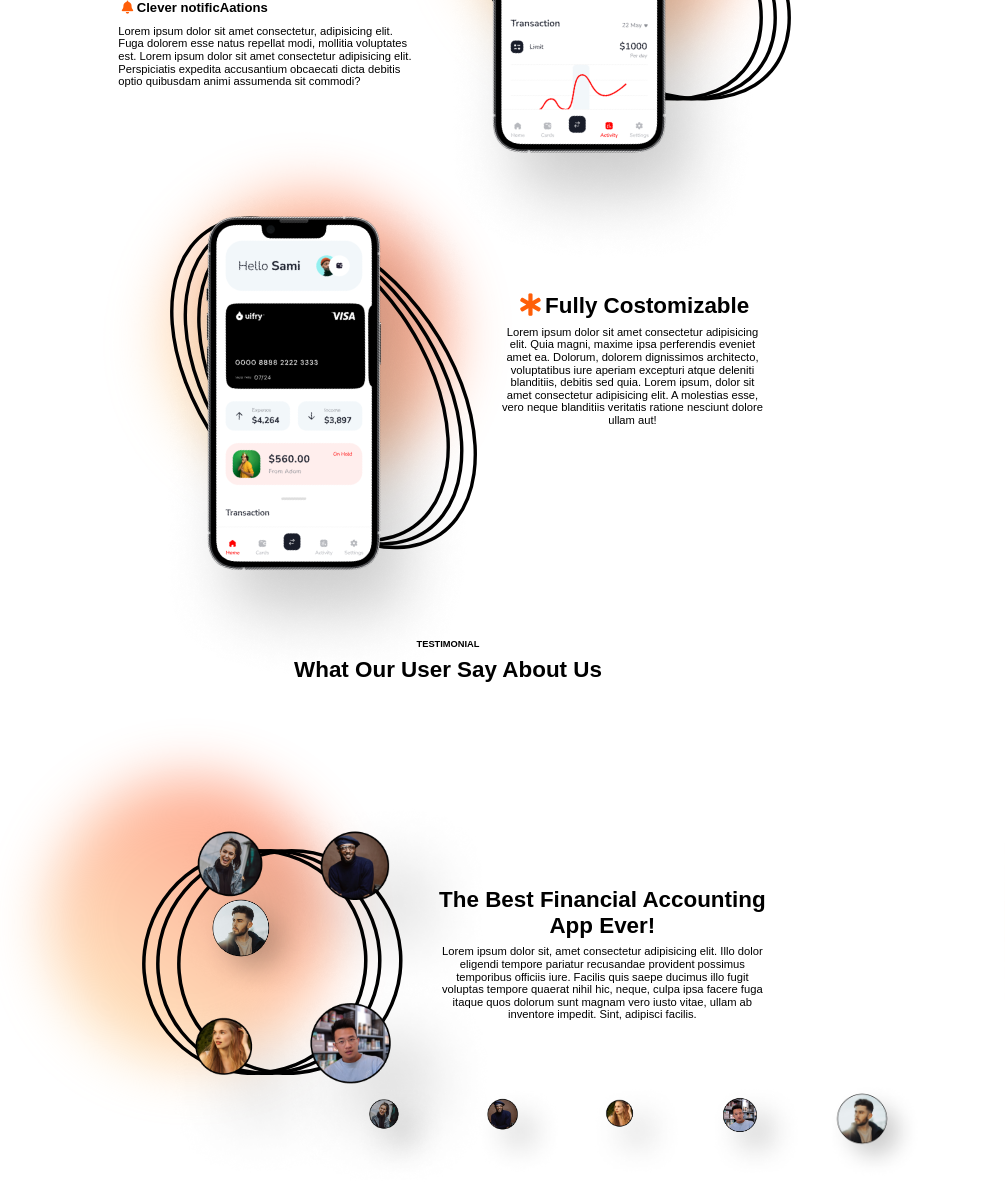
Repository: sakshambansal7/Uifry
Page: index.html
An editor plug-in stored every save of this project. The page is shown before and after the next save, followed by the edit.
The browser window is 1280 px wide. The page is 1435 px wide, so the pictures cover 1435 px, including what lies to the right of the window. The pictures show the part of the page from y = 1714 to 3434 px (the page is 3434 px tall), at 70% of full size.
Some web libraries are served in a nearby version.

Above is the page before, as saved 2024-06-12 22:47:44.

### index.html
<!DOCTYPE html>
<html lang="en">
  <head>
    <meta charset="UTF-8" />
    <meta name="viewport" content="width=device-width, initial-scale=1.0" />
    <title>uifry.com</title>
    <link rel="stylesheet" href="style.css" />
    <link rel="stylesheet" href="https://cdnjs.cloudflare.com/ajax/libs/font-awesome/6.1.1/css/all.min.css">

  </head>
  <body>
    <nav class="navbar">
      <div>
        <img class="logo" src="./images/logo.png" alt="img" />
      </div>
      <div class="nav">
        <div><a href="#" class="nav__link active">Home </a></div>
        <div><a href="#" class="nav__link">About Us</a></div>
        <div><a href="#" class="nav__link">Pricing</a></div>
        <div><a href="#" class="nav__link">features</a></div>
      </div>
      <div class="download">
        <button class="button">Download</button>
      </div>
    </nav>
    <div class="part1 ">
      <div class="left">
        <div class="bg-shape1"></div>
        <h1>Make The Best Financial Decisions</h1>
        <div class="bg-shape1 position-1"></div> <!-- Duplicate for top and bottom -->
        <p>Lorem ipsum dolor sit amet consectetur, adipisicing elit. Fuga dolorem esse natus repellat modi, mollitia voluptates est.</p>
        <div class="cta-buttons">
          <button class="get-started-btn">Get Started <i class="fa-solid fa-arrow-right"></i></button>
          <button class="watch-video-btn"> <i class="fa-solid fa-circle-play"></i>Watch Video</button>
        </div>
      </div>

      <div class="right">
        <div class="bg-shape2"></div>
        <div class="elipse-common elipse"></div>
        <div class="elipse-common elipse1"></div>
        <div class="elipse-common elipse2"></div>

        <img class="image1" src="./images/iphone.png" alt="Mobile App Mockup" />
        <img class="image2" src="./images/igraph.png" alt="Mobile App Mockup" />
        <img class="image3" src="./images/iphone.png" alt="Mobile App Mockup" />
      </div>

    </div>
    <div class="part2">
      <div class="left">
        <div class="bg-shape2"></div>
        <div class="elipse-common elipse3"></div>
        <div class="elipse-common elipse4"></div>
        <div class="elipse-common elipse5"></div>

        <img class="image1" src="./images/iphone.png" alt="Mobile App Mockup" />

      </div>
      <div class="right">
        <h4>FEATURES</h4>
        <H1>Uifry Premium</H1>
        <h3><i class="fa-regular fa-star custom-color"></i> Budgeting intervals</h3>
        <p>Lorem ipsum dolor sit amet consectetur, adipisicing elit. Fuga dolorem esse natus repellat modi, mollitia voluptates est.</p>
        <h3> <i class="fa-solid fa-gear custom-color"></i> Budgeting intervals</h3>
        <p>Lorem ipsum dolor sit amet consectetur, adipisicing elit. Fuga dolorem esse natus repellat modi, mollitia voluptates est.</p>
        <h3><i class="fa-solid fa-star-of-life custom-color"></i>Budgeting intervals</h3>
        <p>Lorem ipsum dolor sit amet consectetur, adipisicing elit. Fuga dolorem esse natus repellat modi, mollitia voluptates est.</p>

      </div>
    </div>
    <div class="part3">
      <div class="left">
        <h4>ADVANTAGES</h4>
        <H1> Why Choose Uifry ?</H1>
        <h3><i class="fa-solid fa-bell custom-color"></i>Clever notificAations</h3>
        <p>Lorem ipsum dolor sit amet consectetur, adipisicing elit. Fuga dolorem esse natus repellat modi, mollitia voluptates est. Lorem ipsum dolor sit amet consectetur adipisicing elit. Perspiciatis expedita accusantium obcaecati dicta debitis optio quibusdam animi assumenda sit commodi?</p>

      </div>
      <div class="right">
        <div class="bg-shape2"></div>
        <div class="elipse-common elipse3"></div>
        <div class="elipse-common elipse4"></div>
        <div class="elipse-common elipse5"></div>
        <img src="./images/igraph.png" alt="img">
      </div>
    </div>
    <div class="part4">
      <div class="left">
        <div class="bg-shape2"></div>
        <div class="elipse-common elipse3"></div>
        <div class="elipse-common elipse4"></div>
        <div class="elipse-common elipse5"></div>
        <img src="./images/iphone.png" alt="img">
      </div>
      <div class="right">
        <h1><i class="fa-solid fa-star-of-life custom-color "></i>Fully Costomizable</h1>
        <p>Lorem ipsum dolor sit amet consectetur adipisicing elit. Quia magni, maxime ipsa perferendis eveniet amet ea. Dolorum, dolorem dignissimos architecto, voluptatibus iure aperiam excepturi atque deleniti blanditiis, debitis sed quia. Lorem ipsum, dolor sit amet consectetur adipisicing elit. A molestias esse, vero neque blanditiis veritatis ratione nesciunt dolore ullam aut!</p>
      </div>
    </div>
    <div class="parent-container">
      <h5>TESTIMONIAL</h5>
      <h1>What Our User Say About Us</h1>
  </div>

    <div class="part5">
      <div class="left">
        <div class="bg-shape2"></div>
        <div class="elipse-common elipse6"></div>
        <div class="elipse-common elipse7"></div>
        <div class="elipse-common elipse8"></div>

        <div class="img1 "><img src="./images/1.png" alt="img"></div>
        <div class="img2 "><img src="./images/2.png" alt="img"></div>
        <div class="img3 "><img src="./images/3.png" alt="img"></div>
        <div class="img4 "><img src="./images/4.png" alt="img"></div>
        <div class="main "><img src="./images/main.png" alt="img"></div>

      </div>
      <div class="right">
        <h1>The Best Financial Accounting App Ever!</h1>
        <p>Lorem ipsum dolor sit, amet consectetur adipisicing elit. Illo dolor eligendi tempore pariatur recusandae provident possimus temporibus officiis iure. Facilis quis saepe ducimus illo fugit voluptas tempore quaerat nihil hic, neque, culpa ipsa facere fuga itaque quos dolorum sunt magnam vero iusto vitae, ullam ab inventore impedit. Sint, adipisci facilis.</p>

        <div class="images">
          <img src="./images/1.png" alt="img">
          <img src="./images/2.png" alt="img">
          <img src="./images/3.png" alt="img">
          <img src="./images/4.png" alt="img">
          <img src="./images/main.png" alt="img">
        </div>
      </div>




    </div>
  </body>
  <script src="script.js"></script>
</html>

### style.css

*{
    margin: 0px;
    padding: 5px;

}
body {
  margin-left: 20vh;
  margin-right: 20vh;
  font-family: Arial, sans-serif;
  background: #fff;
  color: #000000;
  justify-content: center;
  box-sizing: border-box;
}

  /* navbar */
.logo {
  width: 120px;
}


.navbar{
  display: flex;
  justify-content: flex-start;

}
.nav{
  padding-top: 10px;
  display: flex;
  justify-content: center;

}
nav  {
  display: inline;
}

nav a {
  text-decoration: none;
  color: #333;
  font-weight: bold;
}


.button {
  width: 160px;
  height: 40px;
  border-radius: 3px;
  background-color: #000000;
  color: #fff;
  padding: 10px 20px;
  cursor: pointer;
  border: none;
  font-weight: bold;
  margin-left: 40vh;
}
.download{

  padding-top: 10px;
}


.nav__link {
    display: block;
    padding: .3125rem 1.5rem;
    text-transform: uppercase;
  }

  .nav__link.active  {

    color: #FF5E08;
  }

  /* part-1 */

  .part1 {
    height: 85vh;
    display: inline-flex;
        justify-content: space-between;
        top: 50px !important;
        inset: 0;


    padding: 60px 40px;
}

/* .absolute{
  position: absolute;
  inset: 0;
  justify-content: center;
  display: inline-flex;
  flex-direction: row;
} */
.left {
  max-width: 50%;
}

.part1 h1 {
  font-size: 3em;
  margin: 0 0 20px;
}

.part1 p {
  font-size: 1.2em;
  margin: 0 0 40px;
}

.cta-buttons {
  display: flex;
  gap: 20px;
}

.get-started-btn,
.watch-video-btn {
  background: #000;
  color: #fff;
  padding: 15px 30px;
  border: none;
  cursor: pointer;
  font-size: 1em;
  font-weight: bold;
}

.watch-video-btn {
  color: #000000;

  background: transparent;
}

.right {
  max-width: 50%;
  position: relative; /* Add position relative to use as a reference for absolute positioning */
}

.right .image1{

  position: absolute;
  z-index: 3;
  width: 100%;
  padding-left: 0px;



}
.right .image2 {
  position: absolute;
  padding-top: 50px;
  padding-left: 100px;


  z-index: 2;
  max-width: 100%;
}
.right .image3 {


  padding-top: 100px;
  padding-left: 200px;
  z-index: 1;
  max-width: 100%;
}
/* background-effect */


.justify-center{
  justify-content: center;
}

/* background-effect */
.left {
  max-width: 50%;
  position: relative; /* Add this line */
}

.bg-shape1 {
  width: 400px;
  height: 400px;
  border-radius: 9999px;
  position: absolute; /* Change to absolute for proper positioning */
  top: 0px; /* Positioning adjustments */
  left: 50%; /* Positioning adjustments */
  transform: translateX(-50%); /* Center the shape horizontally */
  z-index: -1; /* Ensure it's behind the text */
  background: linear-gradient(35deg,  #FDE598,#ff3508); /* Dual color gradient */
  opacity: 0.5; /* Adjust as necessary */
  filter: blur(40px);

}

.bg-shape2 {
  width: 400px;
  height: 400px;
  border-radius: 9999px;
  position: absolute; /* Change to absolute for proper positioning */
  top: 50px; /* Positioning adjustments */
  left: 50%; /* Positioning adjustments */
  transform: translateX(-50%); /* Center the shape horizontally */
  z-index: -1; /* Ensure it's behind the text */
  background: linear-gradient(35deg,  #FDE598,#ff3508); /* Dual color gradient */
  opacity: 0.5; /* Adjust as necessary */
  filter: blur(40px);

}

  /* circular shape */

  .elipse-common {

    background: none;
    border-radius: 50%;
    -ms-transform: rotate(40deg);  /* IE 9 */
    -webkit-transform: rotate(40deg);  /* Safari */
    transform: rotate(40deg);
    position: absolute;
    top: 150px;
    border: 5px solid black;
    z-index: -1; /* Ensure it's behind the text */
}

.elipse {
  width: 700px;
  height: 305px;
    left: 45px;

}

.elipse1 {
  width: 700px;
  height: 305px;
    left: 25px;
}

.elipse2 {
  width: 700px;
  height: 305px;
    left: 5px;
}
.elipse3 {
  width: 500px;
  height: 305px;
    left: 45px;

}

.elipse4 {
  width: 500px;
  height: 305px;
    left: 25px;
}

.elipse5 {
  width: 500px;
  height: 305px;
    left: 5px;
}


.part2{
  display: flex;
  height: 85vh;
}

  .part2 .left .image1{
    transform: rotate(15deg);
  }

  .part2 .right{
    margin-top: 20vh;

  }
  .part2 .right h3 h1{
    font-weight: 900; /* 400 is normal, 700 is bold */
  }
  .part2 .right h4{
    color: #FF5E08;
  }
  .custom-color {
    color: #FF5E08;
}

.part3{
  display: flex;
  align-items: center;
  justify-content: center;
  height: 80vh;



}
.part3 .left h4{
  color: #FF5E08;

}
.part3 .left p{
 font-weight: 100;

}
.part3 .right img{
  transform: rotate(15deg);

}


.part4{
  gap: 5vh;
  display: flex;
  align-items: center;
  justify-content: center;
  height: 80vh;

}


.part4  .left{
  transform: rotate(15deg);


}
.part4 .right{
  padding-bottom: 30vh;
}



.elipse6 {
  width: 300px;
  height: 305px;
    left: 65px;



}

.elipse7 {
  width: 300px;
  height: 305px;
    left: 45px;
}

.elipse8 {
  width: 300px;
  height: 305px;
    left: 95px;
}

.parent-container {
  text-align: center;
}

.part5{
  margin-top: 10vh;
  display: flex;
  gap: 30vh;
  position: relative;


}


.part5  img {
  position: relative;
  top: 50px;
  left: 50px;
}
.part5  .img1{
  position: absolute;
  top: 1vh;
  left: .1h;
  z-index: 4;



}
.part5  .img2{
  position: absolute;
  top: 1vh;
  left: 25vh;
  z-index: 5;

}
.part5  .img3{
  position: absolute;
  top: 38vh;
  left: .1vh;
  z-index: 3;


}
.part5  .img4{
  position: absolute;
  top: 35vh;
  left: 23vh;
  z-index: 2;


}
.part5 .main {
  position: relative;
  top: 19vh;
  left: 8vh;
  z-index: 1;

}

/* Adjust the size of the image within the .main div */
.part5 .main img {
  width: 80%; /* Decrease the width to 50% of its original size */
  height: auto; /* Maintain aspect ratio */
}


.part5 .right{
  margin-top:25vh ;
}

.right {
  display: flex;
  flex-direction: column;
  align-items: center;
  text-align: center;
  padding: 20px; /* Optional padding for better spacing */
}

/* Center the .images container */
.images {
  display: flex;
  align-items: center;
  justify-content: center;
  gap: 15px;
  margin-top: 20px; /* Add some margin to separate from the text above */
}

/* Style each img to be circular and centered */
.images img {

  width: 20vh;
  height: 20vh;
  border-radius: 50%;
  object-fit: cover; /* Ensures the image covers the entire area */
  display: block; /* Ensures the image is treated as a block element */
}

### script.js
document.addEventListener('DOMContentLoaded', function() {
    const selector = '.nav__link';
    const elems = Array.from( document.querySelectorAll( selector ) );
    const navigation = document.querySelector( 'nav' );

    function makeActive( evt ) {
      const target = evt.target;

      if ( !target || !target.matches( selector ) ) {
        return;
      }

      elems.forEach( elem => elem.classList.remove( 'active' ) );

        evt.target.classList.add( 'active' );
    };

    navigation.addEventListener( 'mousedown', makeActive );

    } );

After the next save:
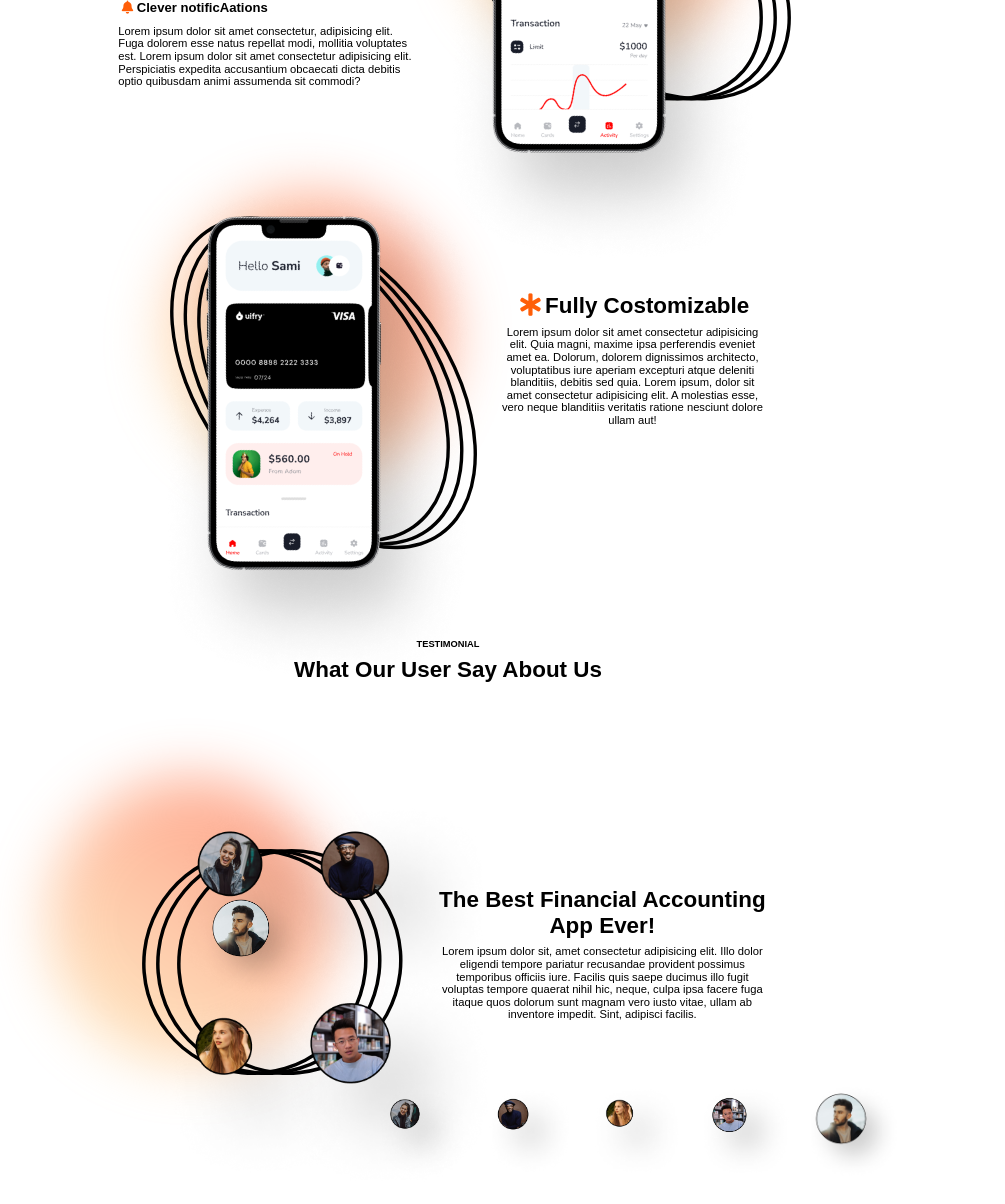
Saved 21 s later.
--- a/style.css
+++ b/style.css
@@ -426,7 +426,7 @@ nav a {
   display: flex;
   align-items: center;
   justify-content: center;
-  gap: 15px;
+
   margin-top: 20px; /* Add some margin to separate from the text above */
 }
 
